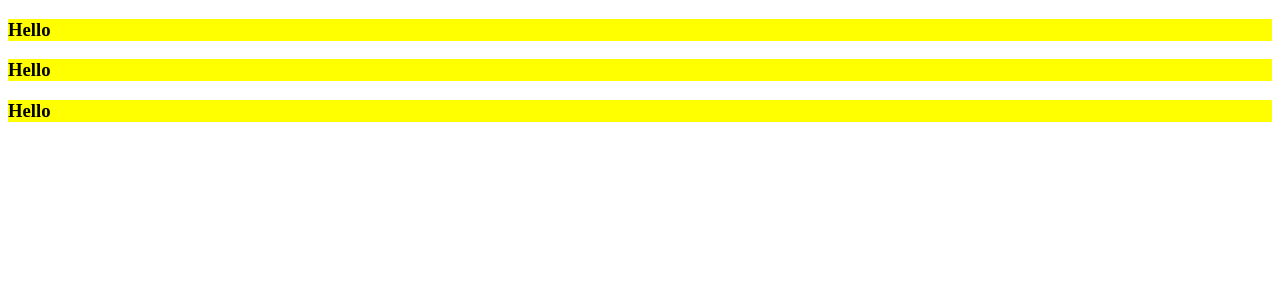
Repository: gwonjunsu95/html5
Page: html5/WebContent/day0504.html
These files come from the project's save history. The page is drawn as it stood at one moment and after the next save; the edit follows.
The browser window is 1280 px wide. The pictures show the whole page.

Above is the page before, as saved 2020-04-22 04:50:59.

### html5/WebContent/day0504.html
<!DOCTYPE html>
<html>
<head>
<meta charset="UTF-8">
<title>Insert title here</title>
</head>
<body>
	<h3>안녕하세요</h3>
	<h3>안녕하세요</h3>
	<h3>안녕하세요</h3>
	<script>
		let tags = document.getElementsByTagName("h3"); //단일 태그가 아닐시에는 배열로 리턴
		for(let i = 0; i < tags.length; i++){
			tags[i].innerText = "Hello";
			tags[i].style.background = "yellow";
		}
	</script>
</body>
</html>

After the next save:
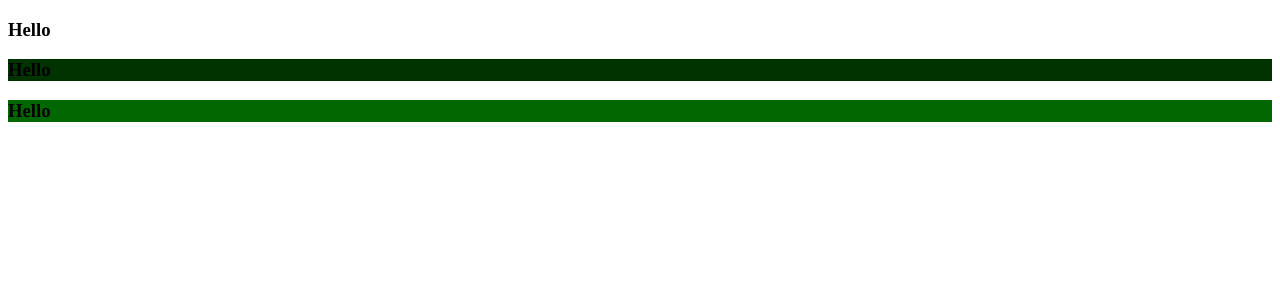
Saved 47 s later.
--- a/html5/WebContent/day0504.html
+++ b/html5/WebContent/day0504.html
@@ -12,7 +12,7 @@
 		let tags = document.getElementsByTagName("h3"); //단일 태그가 아닐시에는 배열로 리턴
 		for(let i = 0; i < tags.length; i++){
 			tags[i].innerText = "Hello";
-			tags[i].style.background = "yellow";
+			tags[i].style.background = "#00" + i*33 + "00";
 		}
 	</script>
 </body>
